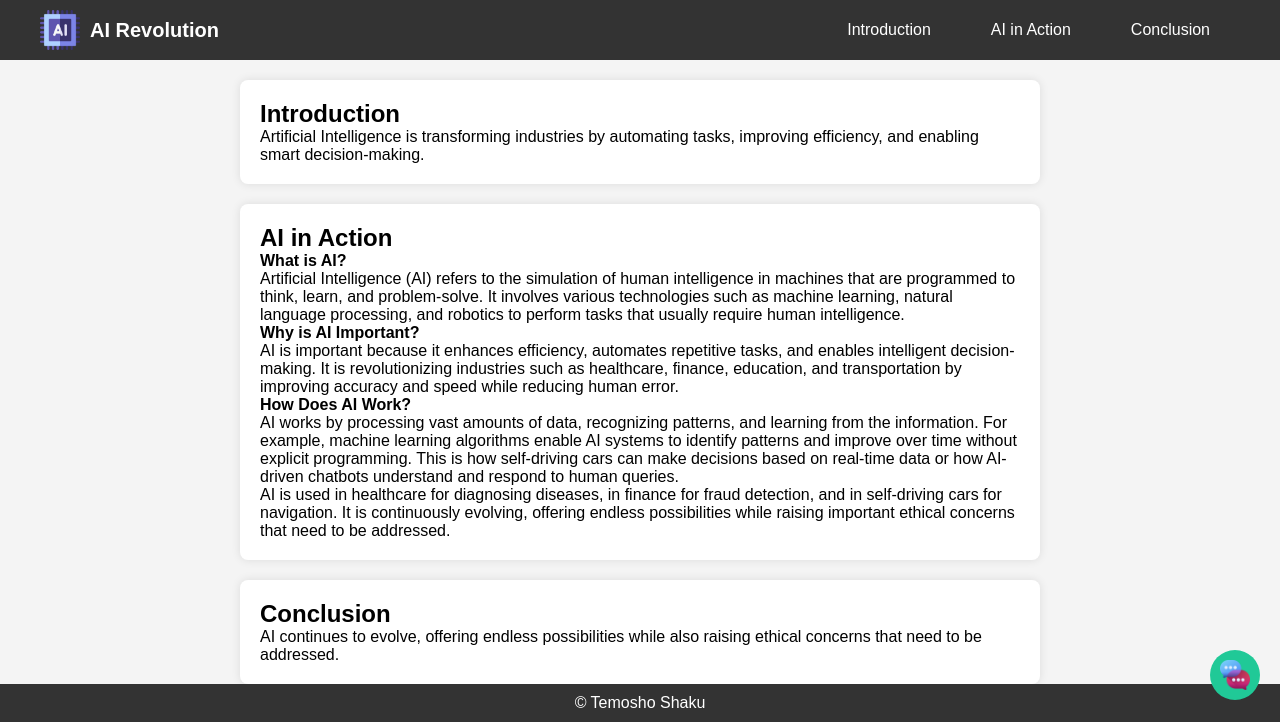
Repository: TemoshoS/ai
Page: index.html
An editor plug-in stored every save of this project. The page is shown before and after the next save, followed by the edit.
The browser window is 1280 px wide. The pictures show the whole page.

Above is the page before, as saved 2025-02-16 16:57:22.

### index.html
<!DOCTYPE html>
<html lang="en">
<head>
    <meta charset="UTF-8">
    <meta name="viewport" content="width=device-width, initial-scale=1.0">
    <title>AI Revolution</title>
    <link rel="stylesheet" href="styles.css">
</head>
<body>

    <nav>
        <div class="nav-container">
            <div class="logo">
                <img src="./ai.png" alt="AI Logo">
                <span>AI Revolution</span>
            </div>
            <ul class="nav-links">
                <li><a href="#intro">Introduction</a></li>
                <li><a href="#body">AI in Action</a></li>
                <li><a href="#conclusion">Conclusion</a></li>
            </ul>
        </div>
    </nav>

    <section id="intro">
        <h2>Introduction</h2>
        <p>Artificial Intelligence is transforming industries by automating tasks, improving efficiency, and enabling smart decision-making.</p>
    </section>

    <section id="body">
        <h2>AI in Action</h2>
        <p><strong>What is AI?</strong><br>Artificial Intelligence (AI) refers to the simulation of human intelligence in machines that are programmed to think, learn, and problem-solve. It involves various technologies such as machine learning, natural language processing, and robotics to perform tasks that usually require human intelligence.</p>

        <p><strong>Why is AI Important?</strong><br>AI is important because it enhances efficiency, automates repetitive tasks, and enables intelligent decision-making. It is revolutionizing industries such as healthcare, finance, education, and transportation by improving accuracy and speed while reducing human error.</p>

        <p><strong>How Does AI Work?</strong><br>AI works by processing vast amounts of data, recognizing patterns, and learning from the information. For example, machine learning algorithms enable AI systems to identify patterns and improve over time without explicit programming. This is how self-driving cars can make decisions based on real-time data or how AI-driven chatbots understand and respond to human queries.</p>

        <p>AI is used in healthcare for diagnosing diseases, in finance for fraud detection, and in self-driving cars for navigation. It is continuously evolving, offering endless possibilities while raising important ethical concerns that need to be addressed.</p>
    </section>

    <div id="chatbot">


        <!-- Chat Icon -->
        <div id="chatIcon">
            <img src="./speech-bubble.png" alt="Chat" />
        </div>

        <!-- Chat Box -->
        <div id="chatBox">
            <div class="chat-header">
                <span>AI Chat</span>
                <button id="closeChat">&times;</button>
            </div>
            <div class="chat-body">
                <p>Welcome! Ask me anything.</p>
            </div>
            <input type="text" id="chatInput" placeholder="Type your message...">
            <button id="sendChat">Send</button>
        </div>
    </div>


    <section id="conclusion">
        <h2>Conclusion</h2>
        <p>AI continues to evolve, offering endless possibilities while also raising ethical concerns that need to be addressed.</p>
    </section>

    <footer>
        <p>&copy; Temosho Shaku</p>
    </footer>

    <script src="script.js"></script>
</body>
</html>

### styles.css
/* GLOBAL STYLES */
* {
    margin: 0;
    padding: 0;
    box-sizing: border-box;
}

body {
    font-family: Arial, sans-serif;
    display: flex;
    flex-direction: column;
    min-height: 100vh; /* Ensures the body takes up full height */
    background-color: #f4f4f4;
}

/* NAVIGATION BAR */
nav {
    background: #333;
    padding: 10px 20px;
}

.nav-container {
    display: flex;
    justify-content: space-between;
    align-items: center;
    max-width: 1200px;
    margin: auto;
}

.logo {
    display: flex;
    align-items: center;
}

.logo img {
    width: 40px;
    height: 40px;
    margin-right: 10px;
}

.logo span {
    font-size: 20px;
    color: white;
    font-weight: bold;
}

.nav-links {
    list-style: none;
    display: flex;
    margin: 0;
    padding: 0;
}

.nav-links li {
    margin: 0 15px;
}

.nav-links li a {
    color: white;
    text-decoration: none;
    padding: 10px 15px;
    display: block;
}

.nav-links li a:hover {
    background-color: #20C997;
    border-radius: 5px;
}

/* CONTENT */
section {
    padding: 20px;
    max-width: 800px;
    margin: auto;
    background: white;
    margin-top: 20px;
    border-radius: 8px;
    box-shadow: 0px 0px 10px rgba(0, 0, 0, 0.1);
    flex-grow: 1; /* Ensures sections take remaining space */
}

/* AI CHAT */
input {
    padding: 10px;
    width: 80%;
    border: 1px solid #ccc;
    border-radius: 5px;
    margin-top: 10px;
}

button {
    background-color: #20C997;
    color: white;
    padding: 10px 20px;
    border: none;
    font-size: 16px;
    cursor: pointer;
    margin-top: 10px;
    border-radius: 5px;
}

button:hover {
    background-color: #17a589;
}

#aiResponse {
    font-weight: bold;
    color: #333;
    margin-top: 15px;
}

/* Chat Icon */
#chatIcon {
    position: fixed;
    bottom: 20px;
    right: 20px;
    background-color: #20C997;
    width: 50px;
    height: 50px;
    border-radius: 50%;
    display: flex;
    justify-content: center;
    align-items: center;
    cursor: pointer;
}

#chatIcon img {
    width: 30px;
    height: 30px;
}

/* Chat Box */
#chatBox {
    position: fixed;
    bottom: 80px;
    right: 20px;
    width: 300px;
    background: white;
    box-shadow: 0px 0px 10px rgba(0, 0, 0, 0.2);
    border-radius: 8px;
    display: none;
    flex-direction: column;
}

.chat-header {
    background: #20C997;
    color: white;
    padding: 10px;
    display: flex;
    justify-content: space-between;
    align-items: center;
    font-weight: bold;
}

.chat-header button {
    background: none;
    border: none;
    color: white;
    font-size: 20px;
    cursor: pointer;
}

.chat-body {
    padding: 10px;
    max-height: 200px;
    overflow-y: auto;
}

#chatInput {
    width: 80%;
    padding: 10px;
    border: 1px solid #ccc;
    border-radius: 5px;
    margin: 10px;
}

#sendChat {
    background-color: #20C997;
    color: white;
    padding: 10px;
    border: none;
    cursor: pointer;
    border-radius: 5px;
}

/* FOOTER */
footer {
    background-color: #333;
    color: white;
    padding: 10px;
    text-align: center;
    margin-top: auto; /* Ensures the footer is at the bottom */
}

/* Responsive Styles */
@media screen and (max-width: 768px) {
    .nav-links {
        flex-direction: column;
        align-items: center;
    }

    .nav-links li {
        margin: 10px 0;
    }

    #chatBox {
        width: 80%;
        right: 10px;
        bottom: 70px;
    }

    #chatInput {
        width: 70%;
    }
}

### script.js
document.getElementById("chatIcon").addEventListener("click", function () {
    document.getElementById("chatBox").style.display = "flex";
});

document.getElementById("closeChat").addEventListener("click", function () {
    document.getElementById("chatBox").style.display = "none";
});

document.getElementById("sendChat").addEventListener("click", function () {
    let userInput = document.getElementById("chatInput").value.trim();
    let chatBody = document.querySelector(".chat-body");

    if (!userInput) {
        alert("Please enter a message!");
        return;
    }

    // Display user message
    let userMessage = document.createElement("p");
    userMessage.style.textAlign = "right";
    userMessage.style.color = "#20C997";
    userMessage.innerText = "You: " + userInput;
    chatBody.appendChild(userMessage);

    document.getElementById("chatInput").value = "";

    // Simulate AI response
    setTimeout(() => {
        let fakeResponses = [
            "AI helps automate repetitive tasks.",
            "Machine learning enables computers to learn from data.",
            "AI is used in chatbots, self-driving cars, and healthcare.",
            "AI raises ethical concerns, including bias and job automation.",
            "AI can improve cybersecurity by detecting threats."
        ];

        let randomResponse = fakeResponses[Math.floor(Math.random() * fakeResponses.length)];

        let aiMessage = document.createElement("p");
        aiMessage.style.textAlign = "left";
        aiMessage.style.color = "#333";
        aiMessage.innerText = "AI: " + randomResponse;
        chatBody.appendChild(aiMessage);

        chatBody.scrollTop = chatBody.scrollHeight;
    }, 1500);
});

After the next save:
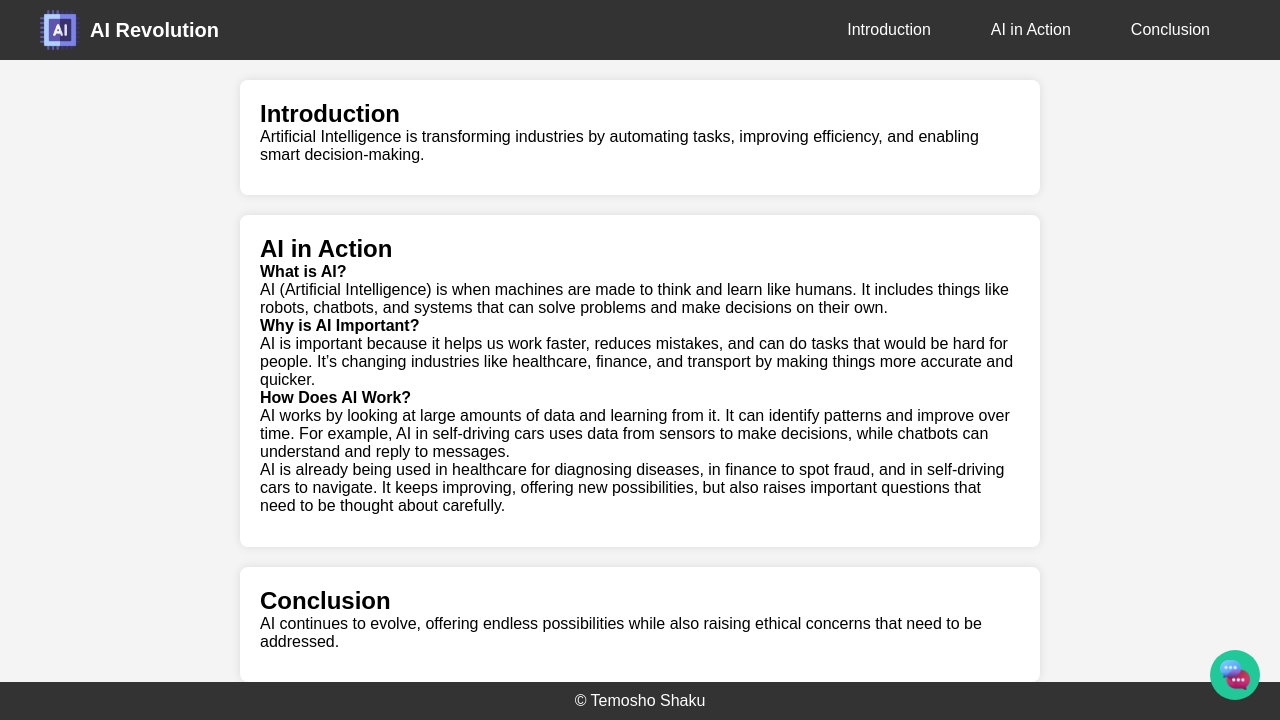
Saved 56 s later.
--- a/index.html
+++ b/index.html
@@ -29,13 +29,13 @@
 
     <section id="body">
         <h2>AI in Action</h2>
-        <p><strong>What is AI?</strong><br>Artificial Intelligence (AI) refers to the simulation of human intelligence in machines that are programmed to think, learn, and problem-solve. It involves various technologies such as machine learning, natural language processing, and robotics to perform tasks that usually require human intelligence.</p>
+        <p><strong>What is AI?</strong><br>AI (Artificial Intelligence) is when machines are made to think and learn like humans. It includes things like robots, chatbots, and systems that can solve problems and make decisions on their own.</p>
 
-        <p><strong>Why is AI Important?</strong><br>AI is important because it enhances efficiency, automates repetitive tasks, and enables intelligent decision-making. It is revolutionizing industries such as healthcare, finance, education, and transportation by improving accuracy and speed while reducing human error.</p>
+        <p><strong>Why is AI Important?</strong><br>AI is important because it helps us work faster, reduces mistakes, and can do tasks that would be hard for people. It’s changing industries like healthcare, finance, and transport by making things more accurate and quicker.</p>
 
-        <p><strong>How Does AI Work?</strong><br>AI works by processing vast amounts of data, recognizing patterns, and learning from the information. For example, machine learning algorithms enable AI systems to identify patterns and improve over time without explicit programming. This is how self-driving cars can make decisions based on real-time data or how AI-driven chatbots understand and respond to human queries.</p>
+        <p><strong>How Does AI Work?</strong><br>AI works by looking at large amounts of data and learning from it. It can identify patterns and improve over time. For example, AI in self-driving cars uses data from sensors to make decisions, while chatbots can understand and reply to messages.</p>
 
-        <p>AI is used in healthcare for diagnosing diseases, in finance for fraud detection, and in self-driving cars for navigation. It is continuously evolving, offering endless possibilities while raising important ethical concerns that need to be addressed.</p>
+        <p>AI is already being used in healthcare for diagnosing diseases, in finance to spot fraud, and in self-driving cars to navigate. It keeps improving, offering new possibilities, but also raises important questions that need to be thought about carefully.</p>
     </section>
 
     <div id="chatbot">
